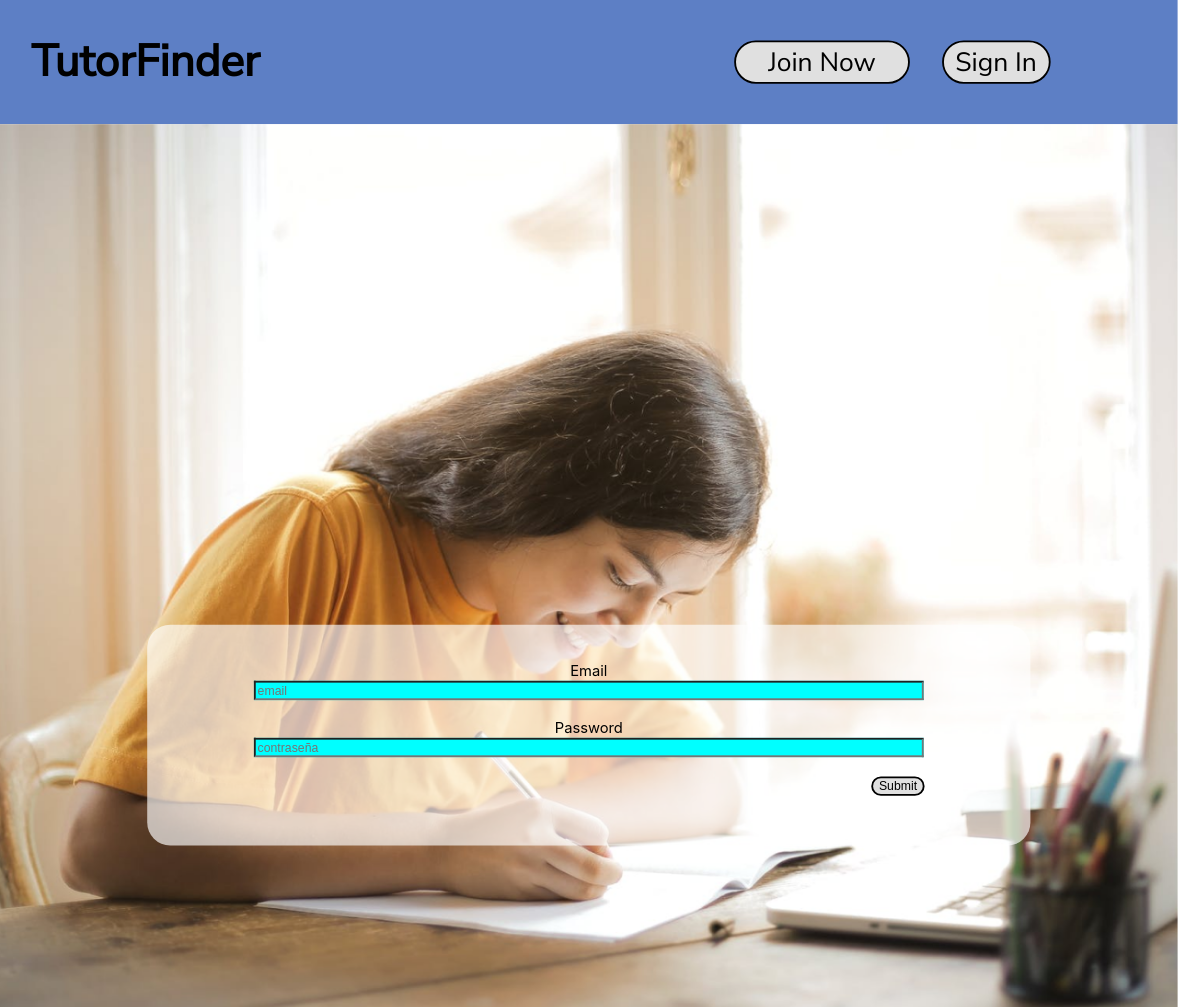
Repository: uprm-inso-4117-2020-2021-s2/semester-project-uprm-inso-4117-2020-2021-s2-team-7
Page: / (app in tutorfinder/)
These files come from the project's save history. The page is drawn as it stood at one moment and after the next save; the edit follows.
The browser window is 1280 px wide. The pictures show the whole page, at 92% of full size.
The project was rebuilt for these pictures with package versions that can differ from the ones it lists, and the page was loaded fresh each time. Also part of the build but not shown: tutorfinder/src/App.css, tutorfinder/src/Search.js.

Above is the page before, as saved 2021-03-30 00:19:15.

### tutorfinder/src/App.js
import React from "react";
import './App.css';
import Nav from './Nav.js';
import Welcome from "./Welcome";




function App() {
  return (

      <div className="">

        <Nav />
     <Welcome/>

      </div>

  );
}



export default App;

### tutorfinder/src/Nav.js
import React from "react";
import "./App.css";
import "./Nav.css"

class Nav extends React.Component {

  render(){

  return (
    <div className="">
  <table className="navBar">
      <tr>
          <td className="left"><h1 className="title">TutorFinder</h1></td>

          <td className="middle "><button className="buttons buttonLetters ">Join Now</button></td>
          <td className="right"><button className="buttons buttonLetters">Sign In</button></td>
      </tr>
      </table>

    </div>
  );
}
}

export default Nav;

### tutorfinder/src/Welcome.js
import React from "react";
import "./App.css";
import "./Welcome.css"
import foto from "./assets/bg.png"
import Search from "./Search";
import Login from "./Login";

class Welcome extends React.Component {

  render(){

  return (
    <div className="background">


 {/* <Search/> */}
 <Login/>

    </div>
  );
}
}

export default Welcome;

### tutorfinder/src/Nav.css
@import url("https://fonts.googleapis.com/css2?family=Nunito+Sans&display=swap");

.title {
  font-family: "Nunito Sans", sans-serif;
  font-style: normal;
  font-weight: bold;
  font-size: 48px;
  line-height: 65px;

}

.navBar {
    table-layout: fixed;
  background-color: #5d7fc5;
  width: 100%;
}

.buttons {
  background: #e0e0e0;
  border-radius: 45px;
  outline: none;
  border-style: solid;

}

.buttonLetters {
  font-family: "Nunito Sans", sans-serif;
  font-style: normal;
  font-weight: 300;
  font-size: 1.8em;
  line-height: 41px;
  text-align: center;
  padding-right: 10%;
  padding-left: 10%;

}

.left{
text-align: left;
padding-left: 2.5%;
width: 50%;
}

.right{
    text-align: left;
    padding-right: 10%;
    width: 20%;
}

.middle{
    /* background-color: red; */
    text-align: right;
    padding-right: 2.5%;
}

### tutorfinder/src/Welcome.css

@import url("https://fonts.googleapis.com/css2?family=Nunito+Sans&display=swap");

.background{
background-image: url("./assets/bg.png");
width:100%;
height:60em;
position:relative;
}

.square{
    background: rgba(255, 255, 255, 0.65);
border-radius: 25px;
text-align: center;
}

.everything{
    position:absolute;
    top:50%;
    left:50%;
    width :75%;
    height:25%;
    margin-left:-37.5%;
    margin-top:5%;

}

.search{
    width: 100%;
    background: #FFFFFF;
box-shadow: 0px 4px 4px rgba(0, 0, 0, 0.25);
border-radius: 50px;
height: 1.5em;
}

.paragraph{
    font-family: "Nunito Sans", sans-serif;
font-style: normal;
font-weight: 300;
font-size: 1.5em;
line-height: 49px;
text-align: center;
}

.heading{
    font-family: "Nunito Sans", sans-serif;
font-style: normal;
font-weight: bold;
font-size: 3em;
line-height: 87px;
text-align: center;
}

.login{
    position:absolute;
    top:50%;
    left:50%;
    width :75%;
    height:25%;
    margin-left:-37.5%;
    margin-top:5%;
    text-align: center;
    background: rgba(255, 255, 255, 0.65);
    border-radius: 25px;
}

.size{
    width: 75%;
    background-color: aqua;
}

.fullWidth{
    width: 100%;
}

.text-right{
    text-align: right;
    padding-right: 12%;
}

### tutorfinder/src/Login.js
import React from "react";
import "./App.css";
import "./Welcome.css"
import { Input, FormGroup, Label, Form, Container, Button, Col} from 'reactstrap';

class Login extends React.Component {

  render(){

  return (
    <div className="login">
<div className="fullWidth">
<br>
      </br>

<Container className="">

<Form className=""  >
  <br>
  </br>
          <Col className="">
            <FormGroup inline>
              <Label >Email</Label>
              <br></br>
              <Input
                type="email"
                name="email"

                id="exampleEmail"
                placeholder="email"
           className="size"
              />
            </FormGroup>
          </Col>
          <br></br>
          <Col className="">
            <FormGroup >
              <Label for="">Password</Label>
              <br></br>
              <Input
                type="password"
                name="password"

                id="examplePassword"
                placeholder="contraseña"
                className="size"
              />
            </FormGroup>
          </Col>
          <div className="text-right">
<br></br>

          <Button  color="danger" type="submit" className="buttons"  >Submit</Button>
          </div>
        </Form>
<br>
</br>
      </Container>



      </div>

    </div>

  );
}
}

export default Login;

Loaded but not shown: tutorfinder/public/index.html (common file); tutorfinder/src/index.js (common file); tutorfinder/src/index.css (common file); tutorfinder/src/reportWebVitals.js (common file)

After the next save:
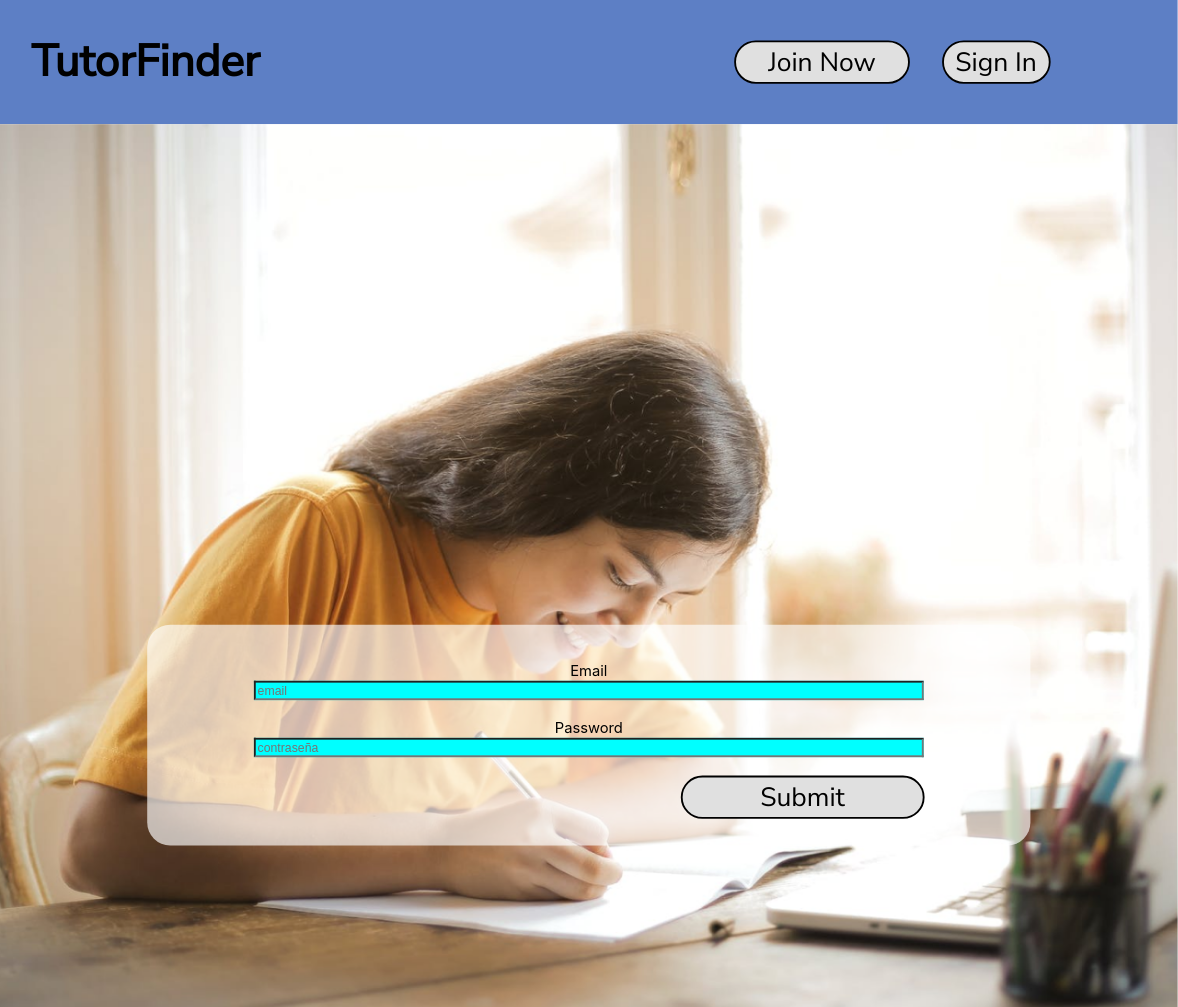
Saved 75 s later.
--- a/tutorfinder/src/Login.js
+++ b/tutorfinder/src/Login.js
@@ -50,7 +50,7 @@
           <div className="text-right">
 <br></br>
 
-          <Button  color="danger" type="submit" className="buttons"  >Submit</Button>
+          <Button  color="danger" type="submit" className="buttons buttonLetters"  >Submit</Button>
           </div>
         </Form>
 <br>

After the save that followed:
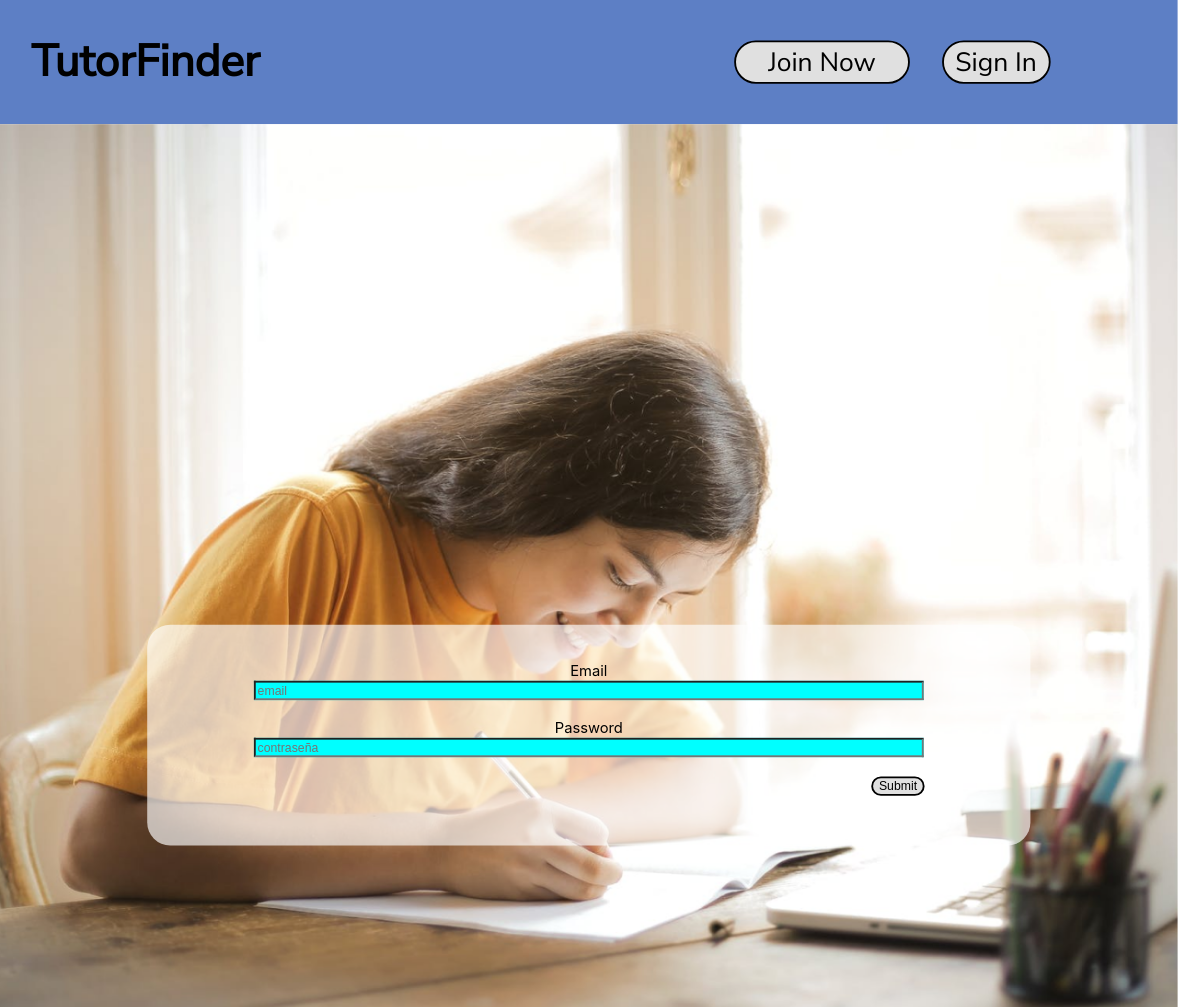
Saved 42 s later.
--- a/tutorfinder/src/Login.js
+++ b/tutorfinder/src/Login.js
@@ -50,7 +50,7 @@
           <div className="text-right">
 <br></br>
 
-          <Button  color="danger" type="submit" className="buttons buttonLetters"  >Submit</Button>
+          <Button  color="danger" type="submit" className="buttons submit"  >Submit</Button>
           </div>
         </Form>
 <br>
